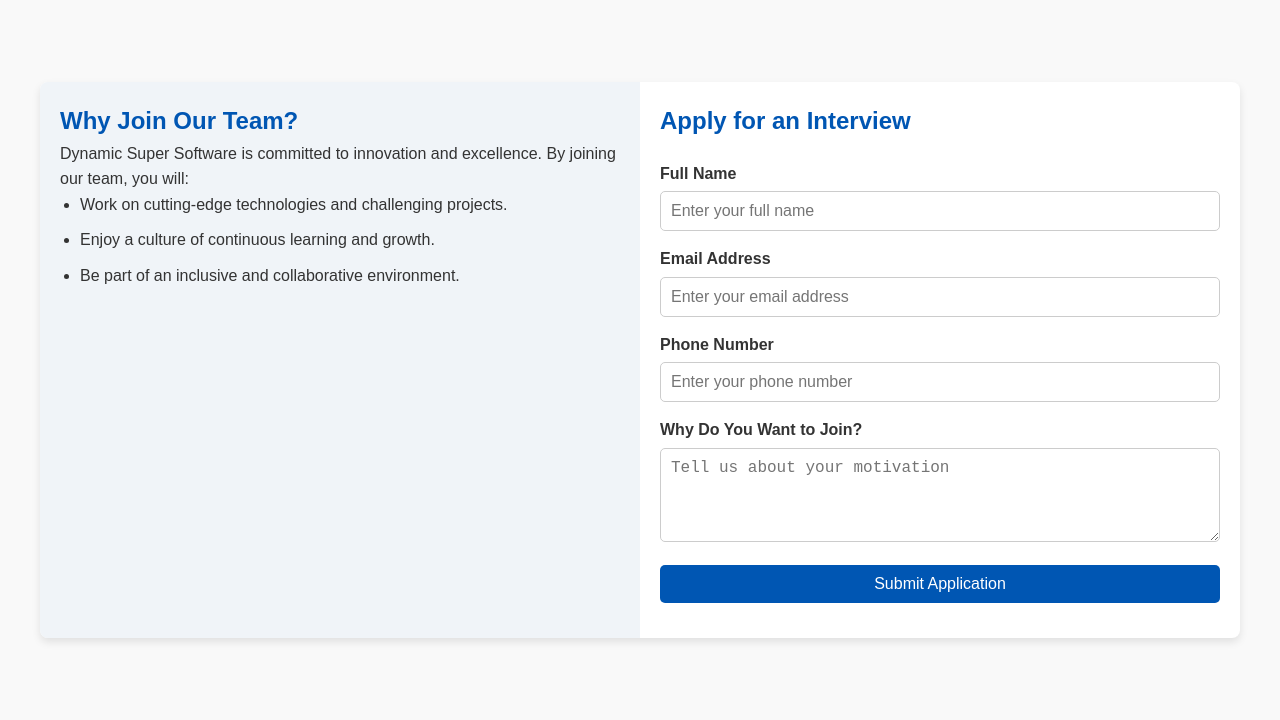
Repository: abhibkop27/CIMDR
Page: src/sample.html
The author's editor kept a copy of each file at every save. The page is drawn from the files as they stood at one save, then again after the next save.
The browser window is 1280 px wide. The pictures show the whole page.

Above is the page before, as saved 2025-01-20 15:52:43.

After the next save:
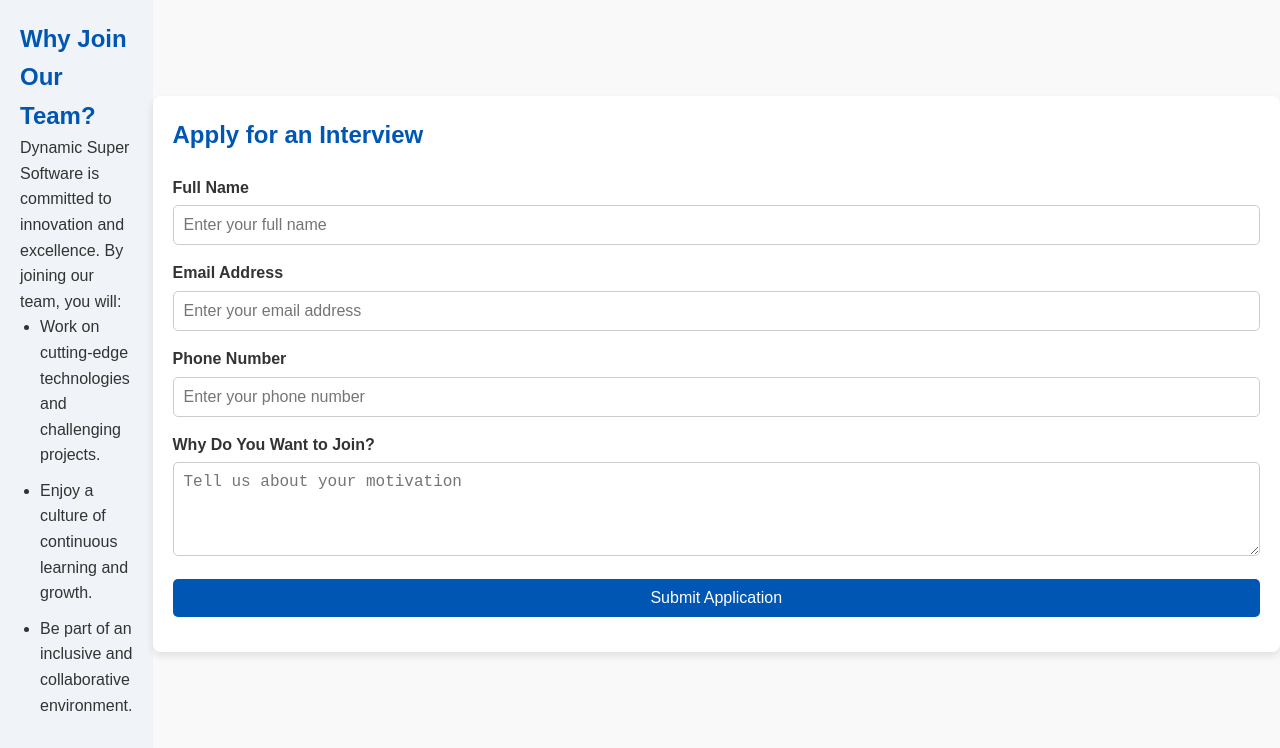
Saved 35 s later.
--- a/src/sample.html
+++ b/src/sample.html
@@ -90,17 +90,18 @@
     </style>
 </head>
 <body>
+    <div class="info-section">
+        <h2>Why Join Our Team?</h2>
+        <p>Dynamic Super Software is committed to innovation and excellence. By joining our team, you will:</p>
+        <ul>
+            <li>Work on cutting-edge technologies and challenging projects.</li>
+            <li>Enjoy a culture of continuous learning and growth.</li>
+            <li>Be part of an inclusive and collaborative environment.</li>
+        </ul>
+    </div>
     <div class="container">
         <!-- Information Section -->
-        <div class="info-section">
-            <h2>Why Join Our Team?</h2>
-            <p>Dynamic Super Software is committed to innovation and excellence. By joining our team, you will:</p>
-            <ul>
-                <li>Work on cutting-edge technologies and challenging projects.</li>
-                <li>Enjoy a culture of continuous learning and growth.</li>
-                <li>Be part of an inclusive and collaborative environment.</li>
-            </ul>
-        </div>
+
 
         <!-- Form Section -->
         <div class="form-section">

After the save that followed:
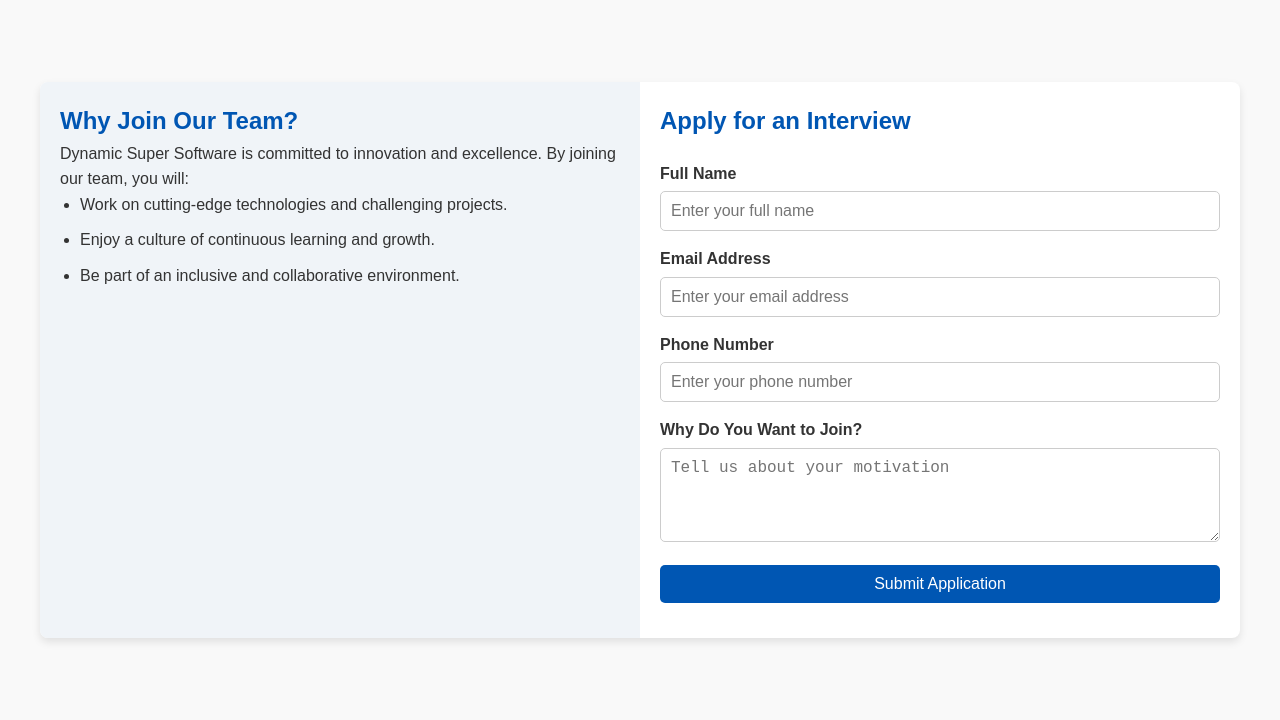
Saved 58 s later.
--- a/src/sample.html
+++ b/src/sample.html
@@ -90,18 +90,17 @@
     </style>
 </head>
 <body>
-    <div class="info-section">
-        <h2>Why Join Our Team?</h2>
-        <p>Dynamic Super Software is committed to innovation and excellence. By joining our team, you will:</p>
-        <ul>
-            <li>Work on cutting-edge technologies and challenging projects.</li>
-            <li>Enjoy a culture of continuous learning and growth.</li>
-            <li>Be part of an inclusive and collaborative environment.</li>
-        </ul>
-    </div>
     <div class="container">
         <!-- Information Section -->
-
+        <div class="info-section">
+            <h2>Why Join Our Team?</h2>
+            <p>Dynamic Super Software is committed to innovation and excellence. By joining our team, you will:</p>
+            <ul>
+                <li>Work on cutting-edge technologies and challenging projects.</li>
+                <li>Enjoy a culture of continuous learning and growth.</li>
+                <li>Be part of an inclusive and collaborative environment.</li>
+            </ul>
+        </div>
 
         <!-- Form Section -->
         <div class="form-section">
